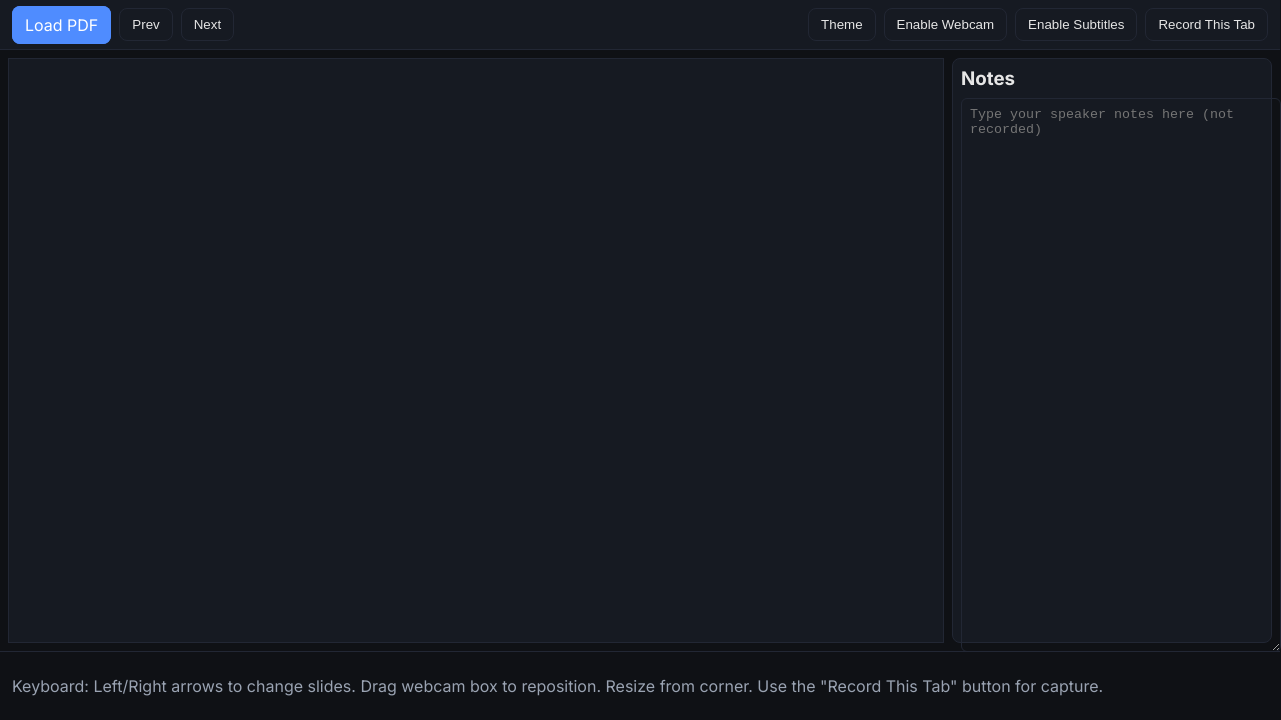
Repository: IBNKHALID06/SlideStage
Page: studio.html
An editor plug-in stored every save of this project. The page is shown before and after the next save, followed by the edit.
The browser window is 1280 px wide. The page is 1281 px wide, so the pictures cover 1281 px, including what lies to the right of the window. The pictures show the whole page.

Above is the page before, as saved 2025-11-26 17:30:20.

After the next save:
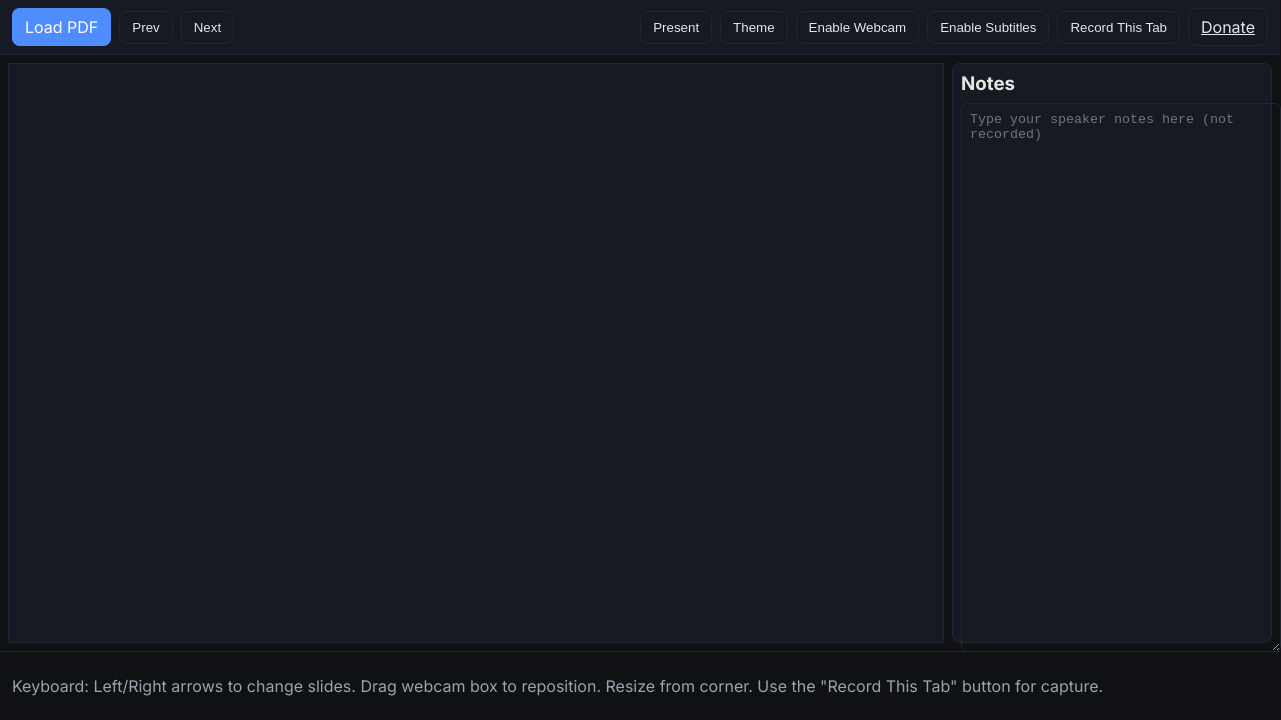
Saved 114 min 18 s later.
--- a/studio.html
+++ b/studio.html
@@ -30,10 +30,12 @@
         <span id="pageIndicator" class="muted"></span>
       </div>
       <div class="right">
+        <button class="button" id="presentToggle">Present</button>
         <button class="button" id="themeToggle">Theme</button>
         <button class="button" id="webcamToggle">Enable Webcam</button>
         <button class="button" id="subtitlesToggle">Enable Subtitles</button>
         <button class="button" id="recordingHelp">Record This Tab</button>
+        <a class="button" target="_blank" href="./donate.html">Donate</a>
       </div>
     </header>
 
@@ -74,6 +76,18 @@
     <button class="button" id="closeRecordDialog">Close</button>
   </dialog>
 
+  <dialog id="subtitlesDialog">
+    <h3>Subtitles (Vosk WASM)</h3>
+    <p>Real subtitles require an offline Vosk model. For privacy and offline use, place a small model in <code>assets/models/en/</code>. See instructions on the homepage or README.</p>
+    <ol>
+      <li>Download a small English model (e.g., <em>vosk-model-small-en-us-0.15</em>).</li>
+      <li>Unzip it into <code>assets/models/en/</code> so that <code>model.json</code> is inside that folder.</li>
+      <li>Reload the page and click "Enable Subtitles".</li>
+    </ol>
+    <p>Support development: <a href="https://ko-fi.com/wise_k" target="_blank">ko-fi.com/wise_k</a></p>
+    <button class="button" id="closeSubtitlesDialog">Close</button>
+  </dialog>
+
   <script type="module" src="./js/main.js"></script>
 </body>
 </html>
